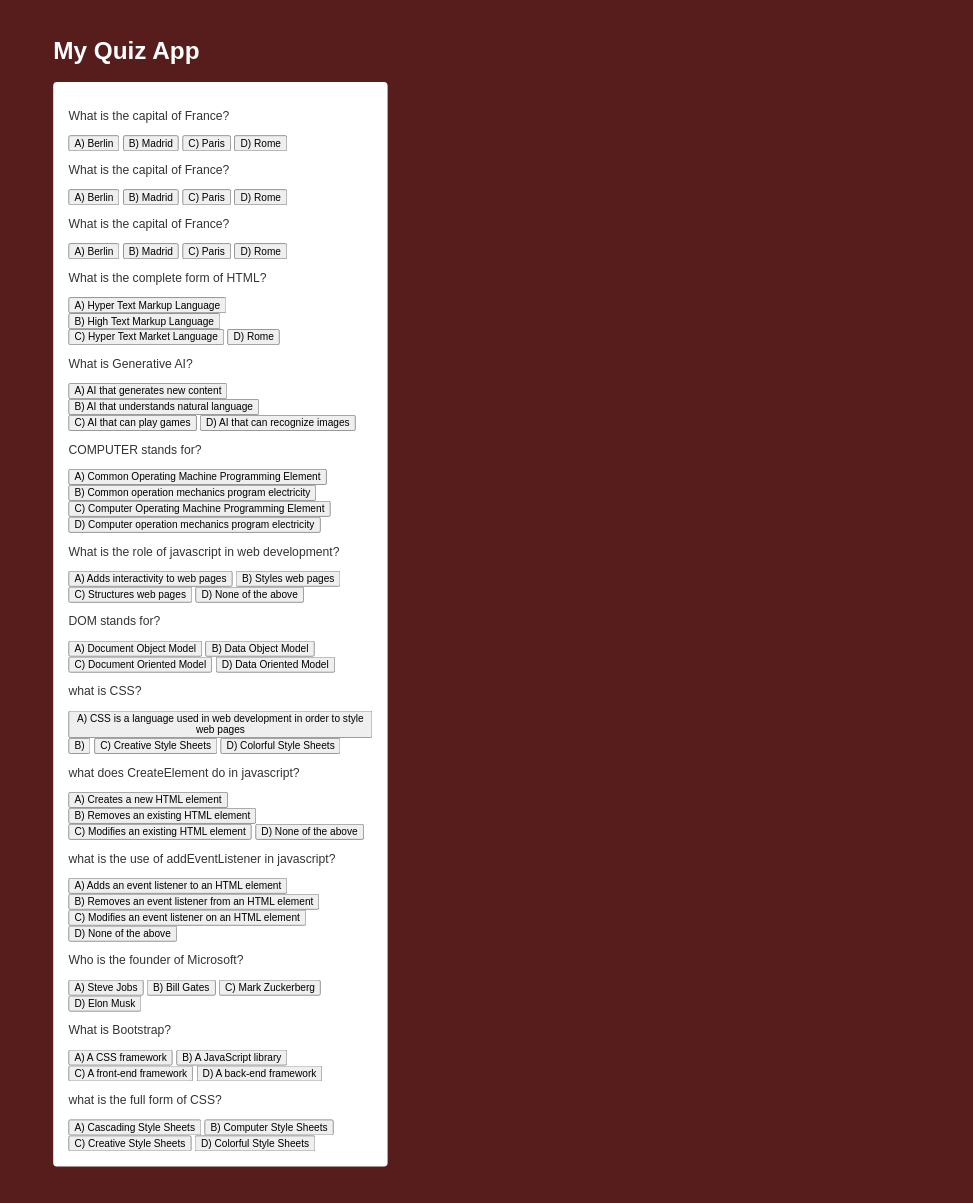
Repository: fatimaqueen9967-eng/SyntacexhubQuizApp
Page: index.html
These files come from the project's save history. The page is drawn as it stood at one moment and after a run of saves; the edit follows.
The browser window is 1280 px wide. The pictures show the whole page, at 76% of full size.

Above is the page before, as saved 2026-03-15 06:22:46.

### index.html
<!DOCTYPE html>
<html lang="en">
<head>
    <meta charset="UTF-8">
    <meta name="viewport" content="width=device-width, initial-scale=1.0">
    <title>QUIZ APP</title>
    <link rel="stylesheet" href="style.css">
</head>
<body>
    <h1>My Quiz App</h1>
    <div class="box">
        <div class="question">
            <p>What is the capital of France?</p>
        </div>
        <div class="options">
            <button>A) Berlin</button>
            <button>B) Madrid</button>
            <button>C) Paris</button>
            <button>D) Rome</button>
        </div>
        <div class="question">
            <p>What is the capital of France?</p>
        </div>
        <div class="options">
            <button>A) Berlin</button>
            <button>B) Madrid</button>
            <button>C) Paris</button>
            <button>D) Rome</button>
        </div>
        <div class="question">
            <p>What is the capital of France?</p>
        </div>
        <div class="options">
            <button>A) Berlin</button>
            <button>B) Madrid</button>
            <button>C) Paris</button>
            <button>D) Rome</button>
        </div>
        <div class="question">
            <p>What is the complete form of HTML?</p>
        </div>
        <div class="options">
            <button>A) Hyper Text Markup Language</button>
            <button>B) High Text Markup Language</button>
            <button>C) Hyper Text Market Language</button>
            <button>D) Rome</button>
        </div>
        <div class="question">
            <p>What is Generative AI?</p>
        </div>
        <div class="options">
            <button>A) AI that generates new content</button>
            <button>B) AI that understands natural language</button>
            <button>C) AI that can play games</button>
            <button>D) AI that can recognize images</button>
        </div>
        <div class="question">
            <p>COMPUTER stands for?</p>
        </div>
        <div class="options">
            <button>A) Common Operating Machine Programming Element</button>
            <button>B) Common operation mechanics program electricity</button>
            <button>C) Computer Operating Machine Programming Element</button>
            <button>D) Computer operation mechanics program electricity</button>
        </div>
        <div class="question">
        <p>What is the role of javascript in web development?</p>
    </div>
    <div class="options">
        <button>A) Adds interactivity to web pages</button>
        <button>B) Styles web pages</button>
        <button>C) Structures web pages</button>
        <button>D) None of the above</button>
    </div>
        <div class="question">
        <p>DOM stands for?</p>
    </div>
    <div class="options">
        <button>A) Document Object Model</button>
        <button>B) Data Object Model</button>
        <button>C) Document Oriented Model</button>
        <button>D) Data Oriented Model</button>
    </div>
        <div class="question">
        <p>what is CSS?</p>
    </div>
    <div class="options">
        <button>A) CSS is a language used in web development in order to style web pages</button>
        <button>B) </button>
        <button>C) Creative Style Sheets</button>
        <button>D) Colorful Style Sheets</button>
    </div>
        <div class="question">
        <p>what does CreateElement do in javascript?</p>
    </div>
    <div class="options">
        <button>A) Creates a new HTML element</button>
        <button>B) Removes an existing HTML element</button>
        <button>C) Modifies an existing HTML element</button>
        <button>D) None of the above</button>
    </div>
        <div class="question">
        <p>what is the use of addEventListener in javascript?</p>
    </div>
    <div class="options">
        <button>A) Adds an event listener to an HTML element</button>
        <button>B) Removes an event listener from an HTML element</button>
        <button>C) Modifies an event listener on an HTML element</button>
        <button>D) None of the above</button>
    </div>

        <div class="question">
        <p>Who is the founder of Microsoft?</p>
    </div>
    <div class="options">
        <button>A) Steve Jobs</button>
        <button>B) Bill Gates</button>
        <button>C) Mark Zuckerberg</button>
        <button>D) Elon Musk</button>
    </div>
        <div class="question">
        <p>What is Bootstrap?</p>
    </div>
    <div class="options">
        <button>A) A CSS framework</button>
        <button>B) A JavaScript library</button>
        <button>C) A front-end framework</button>
        <button>D) A back-end framework</button>
    </div>
        <div class="question">
        <p>what is the full form of CSS?</p>
    </div>
    <div class="options">
        <button>A) Cascading Style Sheets</button>
        <button>B) Computer Style Sheets</button>
        <button>C) Creative Style Sheets</button>
        <button>D) Colorful Style Sheets</button>
    </div>
    </div>


</body>
</html>

### style.css
body{
    background-color: #571c1c;
    font-family: Arial, sans-serif;
    margin-left: 50px;
    padding: 20px;
    color: #fff;
    justify-content: center;
    align-items: center;
}
h1 {
    align-items: center;
    /* color: #333; */
}
.box{
    /* height: 700px; */
    /* display: flex; */

    background-color: #fff;
    color: #333;
    padding: 20px;
    border-radius: 5px;
    margin-bottom: 20px;
    width: 400px;
    overflow-wrap: anywhere;
}

After the next 3 saves:
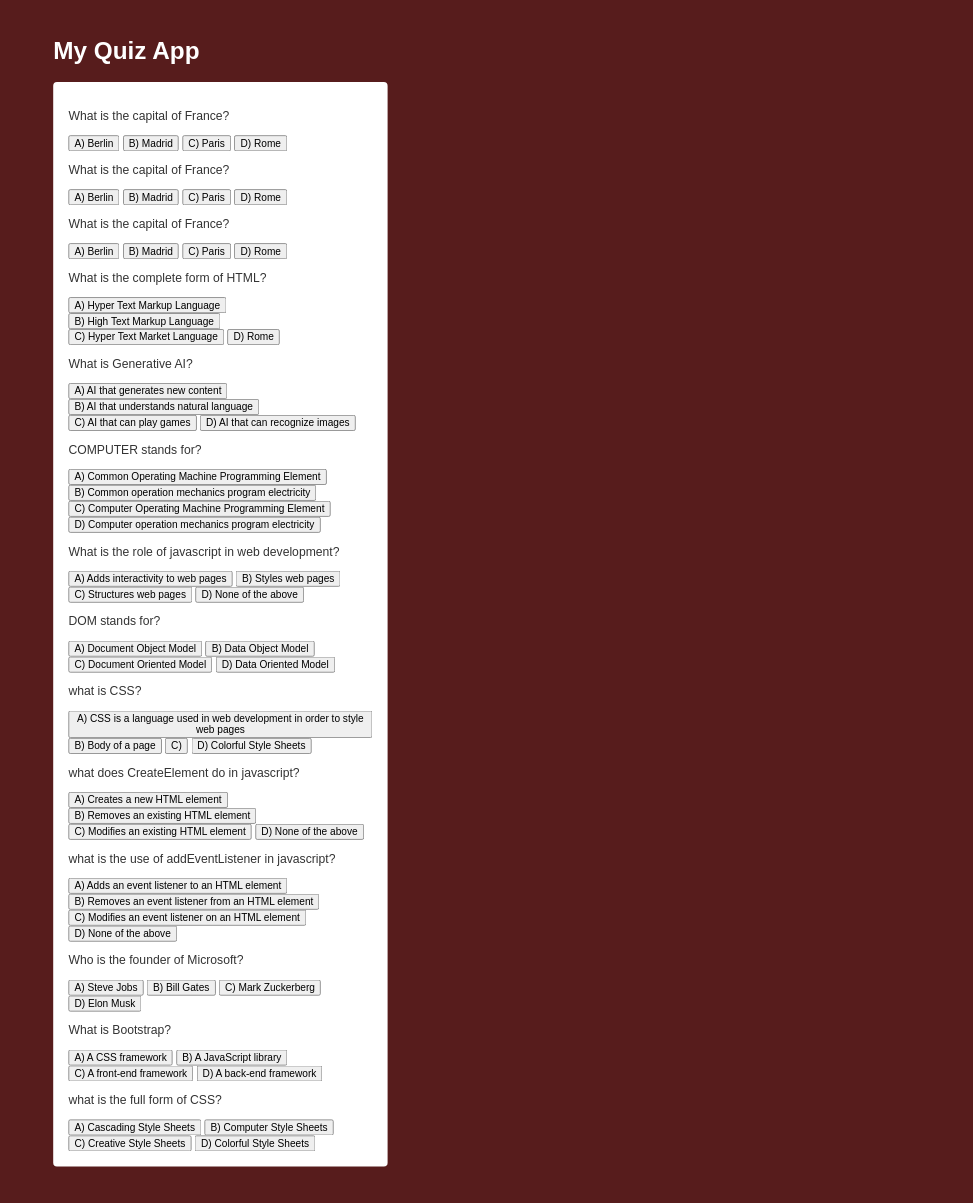
The 3 saves are shown as one change because they came seconds apart.
The last was saved 15 s later.
--- a/index.html
+++ b/index.html
@@ -86,8 +86,8 @@
     </div>
     <div class="options">
         <button>A) CSS is a language used in web development in order to style web pages</button>
-        <button>B) </button>
-        <button>C) Creative Style Sheets</button>
+        <button>B) Body of a page</button>
+        <button>C) </button>
         <button>D) Colorful Style Sheets</button>
     </div>
         <div class="question">
